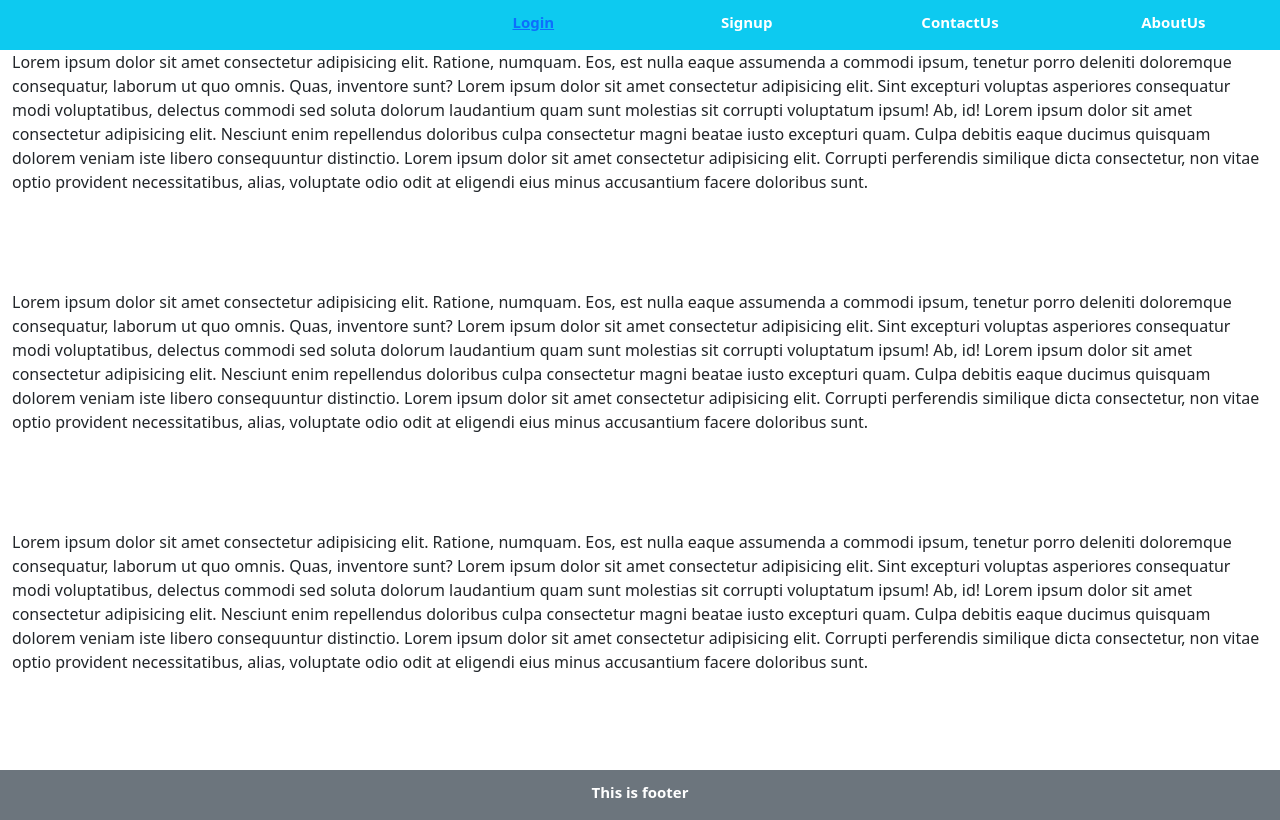
Repository: vishalsin888/J2EE-
Page: http://localhost/JSPE2E/
These files come from the project's save history. The page is drawn as it stood at one moment and after the next save; the edit follows.
The browser window is 1280 px wide. The pictures show the whole page.
The page is served by Tomcat 9.

Above is the page before, as saved 2022-10-28 10:53:00.

### JSPE2E/src/main/webapp/index.jsp
<%@ page language="java" contentType="text/html; charset=ISO-8859-1"
    pageEncoding="ISO-8859-1"%>
<!DOCTYPE html>
<html>
<head>
<meta charset="ISO-8859-1">
<title>Insert title here</title>
</head>
<body>
<jsp:include page="header.jsp"></jsp:include>
  <div class="container-fluid">
        <div class="row" style="height:100vh;">
            <p>Lorem ipsum dolor sit amet consectetur adipisicing elit. Ratione, numquam. Eos, est nulla eaque assumenda
                a commodi ipsum, tenetur porro deleniti doloremque consequatur, laborum ut quo omnis. Quas, inventore
                sunt?
                Lorem ipsum dolor sit amet consectetur adipisicing elit. Sint excepturi voluptas asperiores consequatur
                modi voluptatibus, delectus commodi sed soluta dolorum laudantium quam sunt molestias sit corrupti
                voluptatum ipsum! Ab, id!
                Lorem ipsum dolor sit amet consectetur adipisicing elit. Nesciunt enim repellendus doloribus culpa
                consectetur magni beatae iusto excepturi quam. Culpa debitis eaque ducimus quisquam dolorem veniam iste
                libero consequuntur distinctio.
                Lorem ipsum dolor sit amet consectetur adipisicing elit. Corrupti perferendis similique dicta
                consectetur, non vitae optio provident necessitatibus, alias, voluptate odio odit at eligendi eius minus
                accusantium facere doloribus sunt.
            </p>
            <p>Lorem ipsum dolor sit amet consectetur adipisicing elit. Ratione, numquam. Eos, est nulla eaque assumenda
                a commodi ipsum, tenetur porro deleniti doloremque consequatur, laborum ut quo omnis. Quas, inventore
                sunt?
                Lorem ipsum dolor sit amet consectetur adipisicing elit. Sint excepturi voluptas asperiores consequatur
                modi voluptatibus, delectus commodi sed soluta dolorum laudantium quam sunt molestias sit corrupti
                voluptatum ipsum! Ab, id!
                Lorem ipsum dolor sit amet consectetur adipisicing elit. Nesciunt enim repellendus doloribus culpa
                consectetur magni beatae iusto excepturi quam. Culpa debitis eaque ducimus quisquam dolorem veniam iste
                libero consequuntur distinctio.
                Lorem ipsum dolor sit amet consectetur adipisicing elit. Corrupti perferendis similique dicta
                consectetur, non vitae optio provident necessitatibus, alias, voluptate odio odit at eligendi eius minus
                accusantium facere doloribus sunt.
            </p>
            <p>Lorem ipsum dolor sit amet consectetur adipisicing elit. Ratione, numquam. Eos, est nulla eaque assumenda
                a commodi ipsum, tenetur porro deleniti doloremque consequatur, laborum ut quo omnis. Quas, inventore
                sunt?
                Lorem ipsum dolor sit amet consectetur adipisicing elit. Sint excepturi voluptas asperiores consequatur
                modi voluptatibus, delectus commodi sed soluta dolorum laudantium quam sunt molestias sit corrupti
                voluptatum ipsum! Ab, id!
                Lorem ipsum dolor sit amet consectetur adipisicing elit. Nesciunt enim repellendus doloribus culpa
                consectetur magni beatae iusto excepturi quam. Culpa debitis eaque ducimus quisquam dolorem veniam iste
                libero consequuntur distinctio.
                Lorem ipsum dolor sit amet consectetur adipisicing elit. Corrupti perferendis similique dicta
                consectetur, non vitae optio provident necessitatibus, alias, voluptate odio odit at eligendi eius minus
                accusantium facere doloribus sunt.
            </p>
        </div>
    </div>
<jsp:include page="footer.jsp"></jsp:include>
</body>
</html>

### JSPE2E/src/main/webapp/header.jsp
<!DOCTYPE html>
<html lang="en">

<head>
    <meta charset="UTF-8">
    <meta http-equiv="X-UA-Compatible" content="IE=edge">
    <meta name="viewport" content="width=device-width, initial-scale=1.0">
    <title>Document</title>
    <link href="https://cdn.jsdelivr.net/npm/bootstrap@5.2.2/dist/css/bootstrap.min.css" rel="stylesheet">
    <style>
        .my-lineheight{
            line-height: 3;
            color: white;
            font-size: 15px;
            font-weight: 700;
        }
    </style>
</head>

<body>
    <div class="container-fluid bg-info" style="position: sticky;top: 0px;">
        <div class="row" style="height:50px;">
            <div class="col-3 text-center my-lineheight"><a href="index.jsp"><img src=""></a></div>
            <div class="col-1"></div>
            <div class="col-2 text-center my-lineheight"><a href="login.jsp">Login</a></div>
            <div class="col-2 text-center my-lineheight">Signup</div>
            <div class="col-2 text-center my-lineheight">ContactUs</div>
            <div class="col-2 text-center my-lineheight">AboutUs</div>
        </div>
    </div>
    <script src="https://cdn.jsdelivr.net/npm/bootstrap@5.2.2/dist/js/bootstrap.bundle.min.js"></script>
</body>

</html>

### JSPE2E/src/main/webapp/footer.jsp
<%@ page language="java" contentType="text/html; charset=ISO-8859-1"
    pageEncoding="ISO-8859-1"%>
<!DOCTYPE html>
<html>
<head>
<meta charset="ISO-8859-1">
<title>Insert title here</title>
</head>
<body>
 <div class="container-fluid bg-secondary">
    <div class="row" style="height:50px">
        <div class="col-12 text-center my-lineheight">This is footer</div>
    </div>
 </div>
</body>
</html>

After the next save:
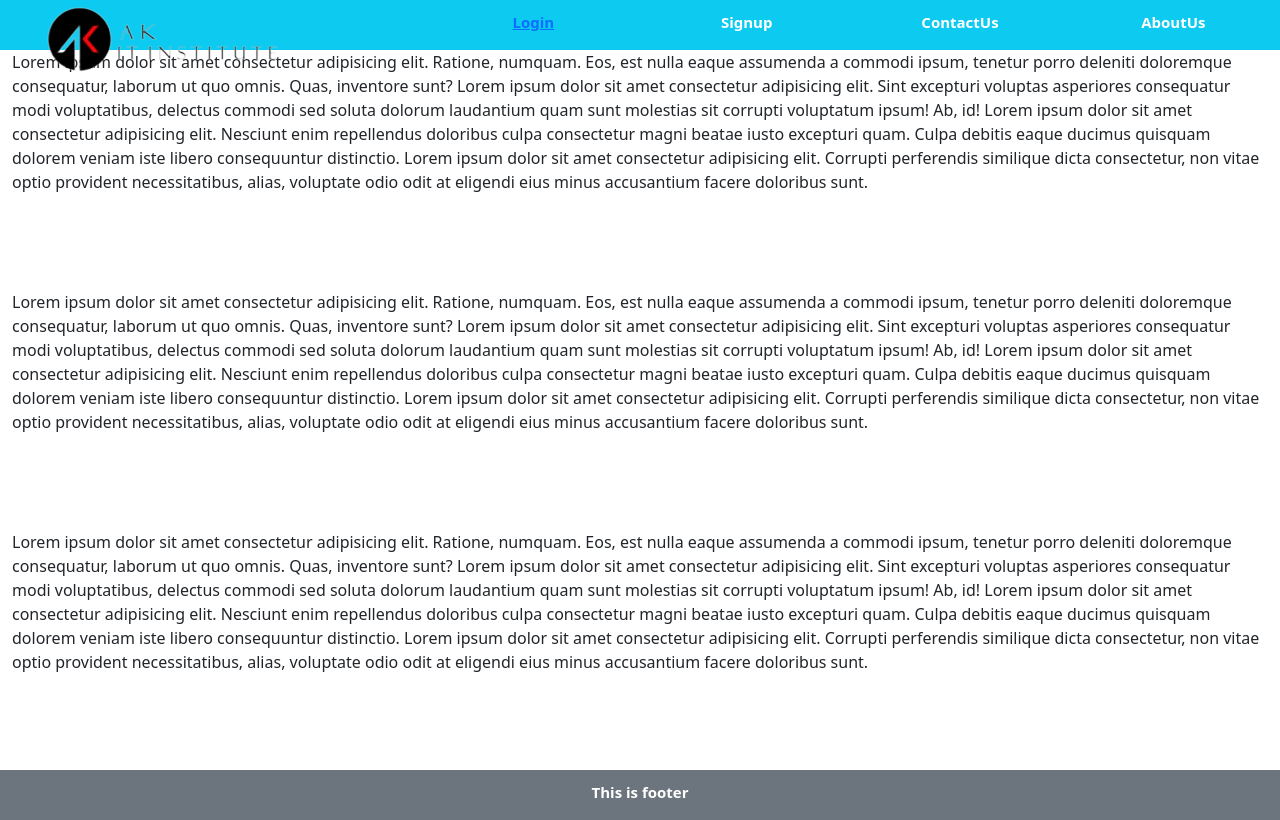
Saved 57 s later.
--- a/JSPE2E/src/main/webapp/header.jsp
+++ b/JSPE2E/src/main/webapp/header.jsp
@@ -20,7 +20,7 @@
 <body>
     <div class="container-fluid bg-info" style="position: sticky;top: 0px;">
         <div class="row" style="height:50px;">
-            <div class="col-3 text-center my-lineheight"><a href="index.jsp"><img src=""></a></div>
+            <div class="col-3 text-center my-lineheight"><a href="index.jsp"><img src="img/AKIT-new.png"></a></div>
             <div class="col-1"></div>
             <div class="col-2 text-center my-lineheight"><a href="login.jsp">Login</a></div>
             <div class="col-2 text-center my-lineheight">Signup</div>
